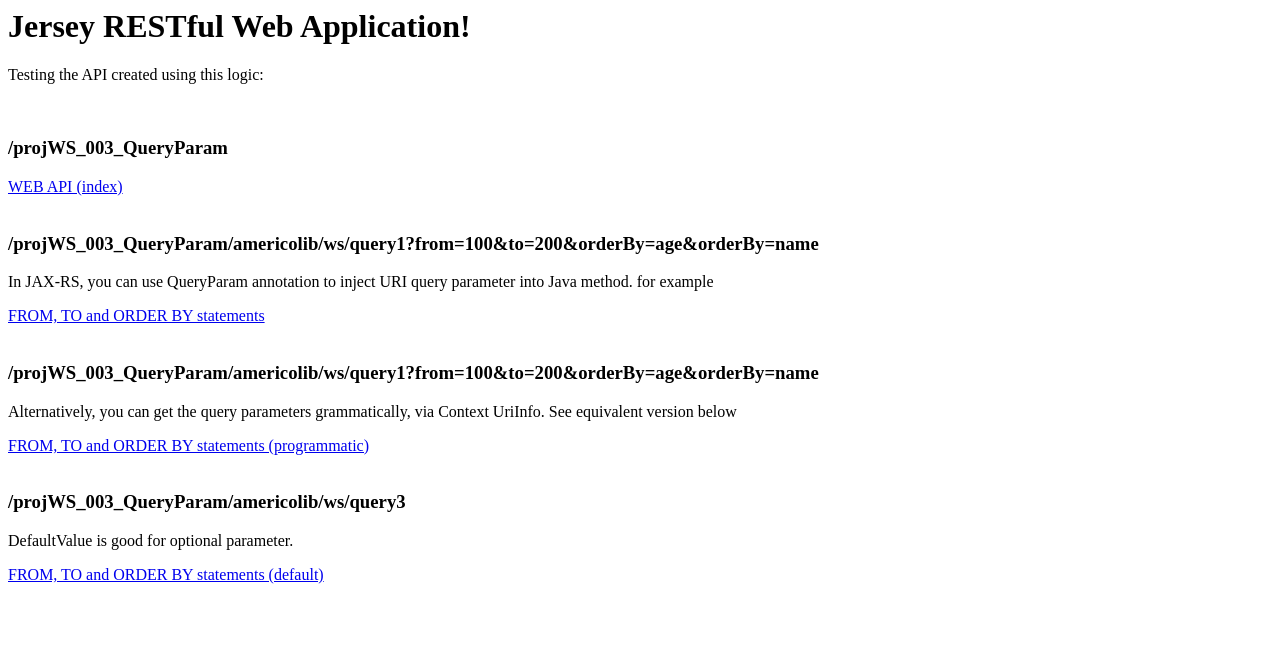
Repository: atafs/BackEnd_JAX-RS_REST_2continue
Page: http://localhost/projWS_003_QueryParam/
An editor plug-in stored every save of this project. The page is shown before and after the next save, followed by the edit.
The browser window is 1280 px wide. The pictures show the whole page.
The page is served by Tomcat 9. Other server files are loaded and not shown.

Above is the page before, as saved 2016-05-02 10:10:33.

### projWS_003_QueryParam/src/main/webapp/index.jsp
<html>
<body>
    <!-- TITLE -->
	<h1>Jersey RESTful Web Application!</h1>


	<!-- IMAGE -->
	<p>Testing the API created using this logic:</p><br/>

	<!-- LINKS -->
	<h3>/projWS_003_QueryParam</h3>
	<a href="http://localhost:8085/projWS_003_QueryParam/">WEB API (index)</a><br/><br/>

	<h3>/projWS_003_QueryParam/americolib/ws/query1?from=100&to=200&orderBy=age&orderBy=name</h3>
	<p>In JAX-RS, you can use QueryParam annotation to inject URI query parameter into Java method. for example</p>
	<a href="http://localhost:8085/projWS_003_QueryParam/americolib/ws/query1?from=100&to=200&orderBy=age&orderBy=name">FROM, TO and ORDER BY statements</a><br/><br/>

	<h3>/projWS_003_QueryParam/americolib/ws/query1?from=100&to=200&orderBy=age&orderBy=name</h3>
	<p>Alternatively, you can get the query parameters grammatically, via Context UriInfo. See equivalent version below</p>
	<a href="http://localhost:8085/projWS_003_QueryParam/americolib/ws/query2?from=100&to=200&orderBy=age&orderBy=name">FROM, TO and ORDER BY statements (programmatic)</a><br/><br/>

	<h3>/projWS_003_QueryParam/americolib/ws/query3</h3>
	<p>DefaultValue is good for optional parameter.</p>
	<a href="http://localhost:8085/projWS_003_QueryParam/americolib/ws/query3">FROM, TO and ORDER BY statements (default)</a><br/><br/>




</body>
</html>

After the next save:
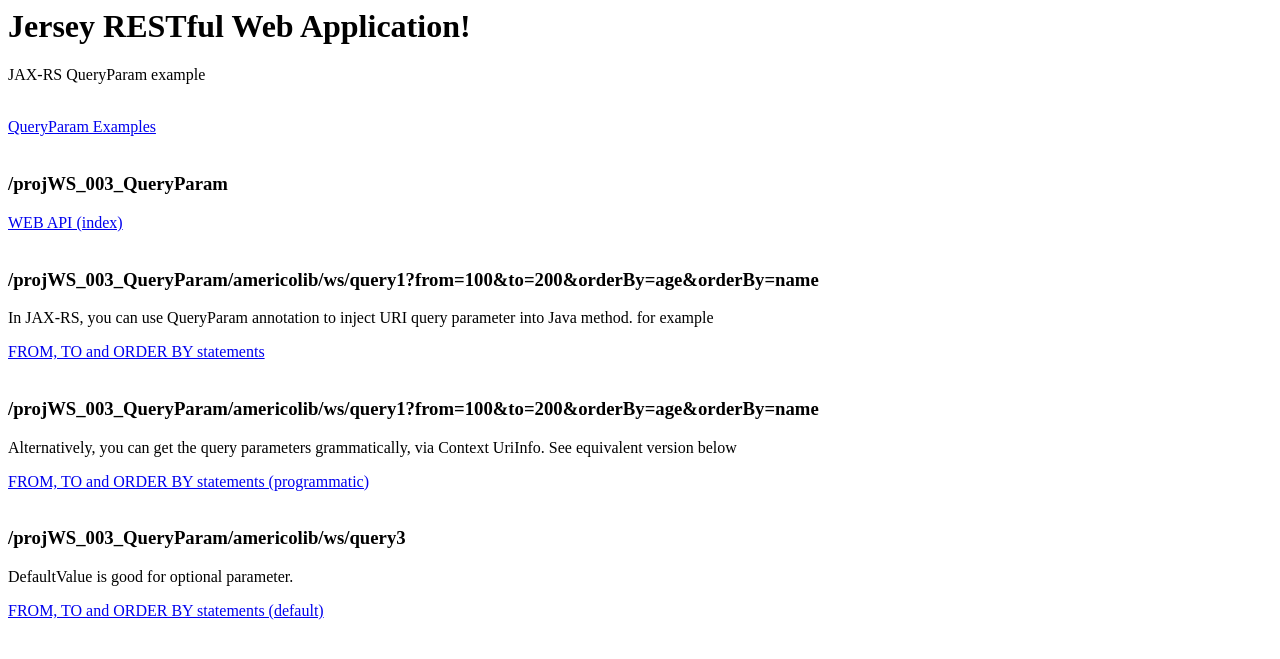
Saved 3 min 0 s later.
--- a/projWS_003_QueryParam/src/main/webapp/index.jsp
+++ b/projWS_003_QueryParam/src/main/webapp/index.jsp
@@ -4,8 +4,10 @@
 	<h1>Jersey RESTful Web Application!</h1>
 
 
-	<!-- IMAGE -->
-	<p>Testing the API created using this logic:</p><br/>
+	<!-- TEXT -->
+	<p>JAX-RS QueryParam example</p><br/>
+	<a href="http://www.mkyong.com/webservices/jax-rs/jax-rs-queryparam-example/">QueryParam Examples</a><br/><br/>
+
 
 	<!-- LINKS -->
 	<h3>/projWS_003_QueryParam</h3>
